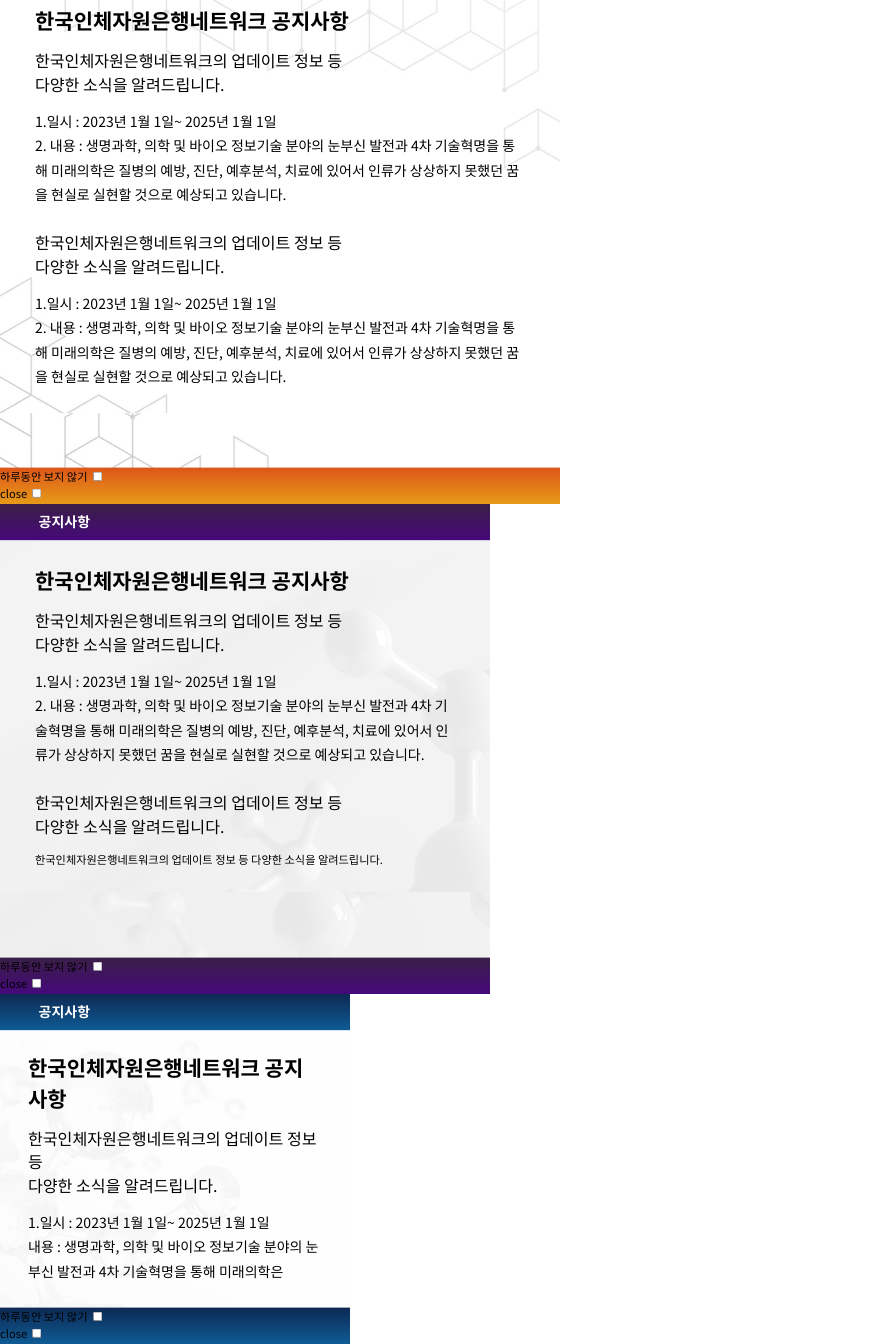
Repository: dlgywls1130/common_popup
Page: index.html
An editor plug-in stored every save of this project. The page is shown before and after the next save, followed by the edit.
The browser window is 1280 px wide. The pictures show the part of the page from y = 680 to 2600 px (the page is 2600 px tall), at 70% of full size.

Above is the page before, as saved 2023-10-26 00:00:08.

After the next save:
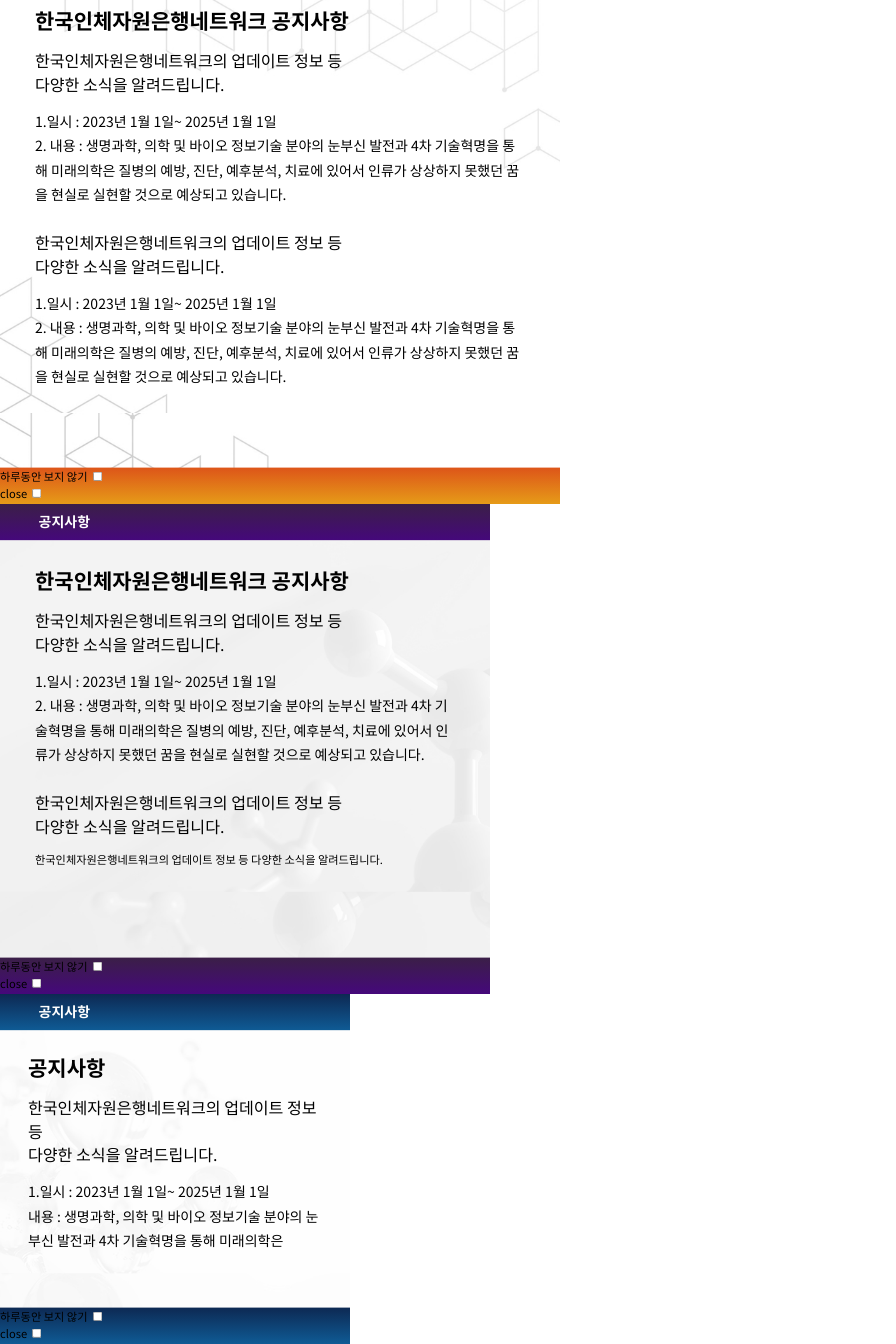
Saved 50 s later.
--- a/index.html
+++ b/index.html
@@ -132,7 +132,7 @@
         </div>
         <div class="common_body">
             <h2 class="common_body_head">
-                한국인체자원은행네트워크 공지사항
+                공지사항
             </h2>
             <div class="common_body_span">
                 한국인체자원은행네트워크의 업데이트 정보 등
